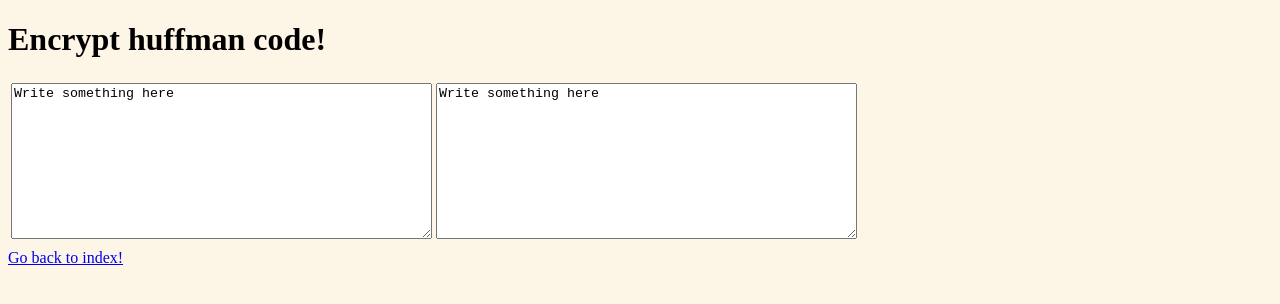
Repository: derekpwwong/jee-workspace
Page: http://localhost/WebServlet/ServletEncryptHuffmanCode
An editor plug-in stored every save of this project. The page is shown before and after the next save, followed by the edit.
The browser window is 1280 px wide. The pictures show the whole page.
The page is served by Tomcat 9.

Above is the page before, as saved 2016-10-29 16:10:41.

After the next save:
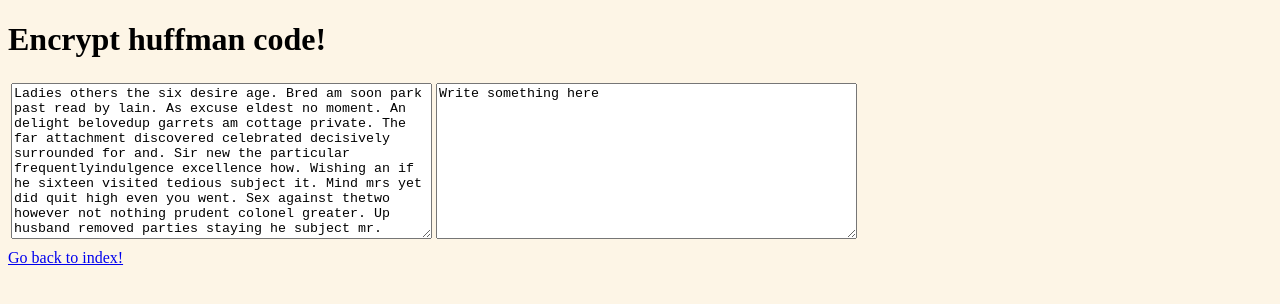
Saved 112 s later.
--- a/workspace/workspace/WebServlet/src/servletEncryptHuffmanCode/ServletEncryptHuffmanCode.java
+++ b/workspace/workspace/WebServlet/src/servletEncryptHuffmanCode/ServletEncryptHuffmanCode.java
@@ -5,6 +5,8 @@ import java.io.*;
 import javax.servlet.*;
 import javax.servlet.annotation.*;
 import javax.servlet.http.*;
+
+import encryptHuffmanCode.EncryptHuffmanCode;
 
 
 
@@ -24,7 +26,7 @@ public class ServletEncryptHuffmanCode extends HttpServlet{
 				"<table>"+
 				"<tr>"+
 				"<td>"+
-				"<textarea name=\"textarea\" rows=\"10\" cols=\"50\">Write something here</textarea>"+
+				"<textarea name=\"textarea\" rows=\"10\" cols=\"50\">"+EncryptHuffmanCode.encrypt()+"</textarea>"+
 				"</td>"+
 
 				"<td>"+
